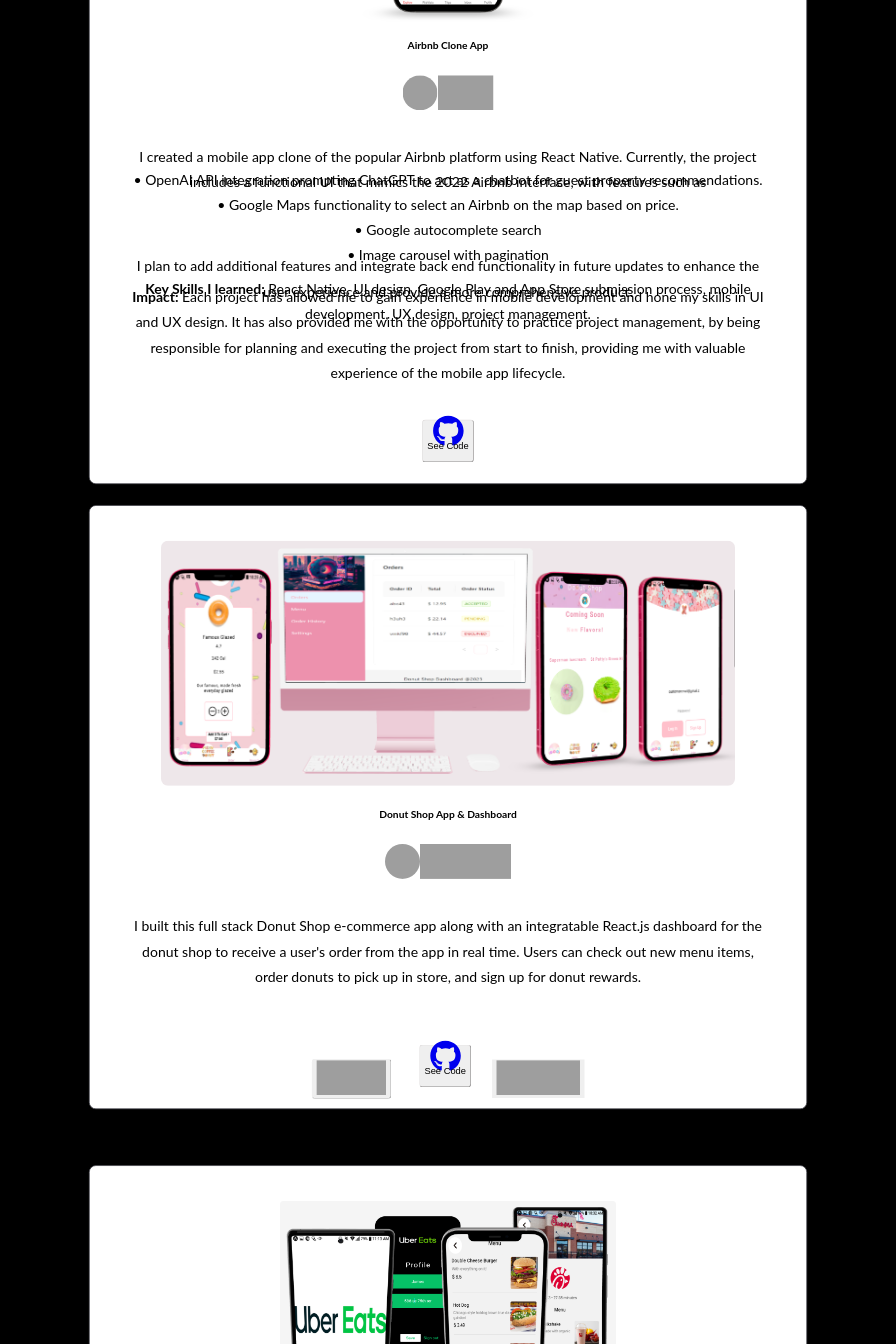
Repository: JamesPesenti/portfolio
Page: /
These files come from the project's save history. The page is drawn as it stood at one moment and after the next save; the edit follows.
The browser window is 1280 px wide. The pictures show the part of the page from y = 1871 to 3791 px (the page is 6929 px tall), at 70% of full size.
Pictures or frames that could not be fetched are drawn as grey boxes. The project was rebuilt for these pictures with package versions that can differ from the ones it lists, and the page was loaded fresh each time. Imported but missing from the stored project, and not drawn on this page: src/Components/James Pesenti Resume 2023.pdf.

Above is the page before, as saved 2023-05-29 08:23:05.

After the next save:
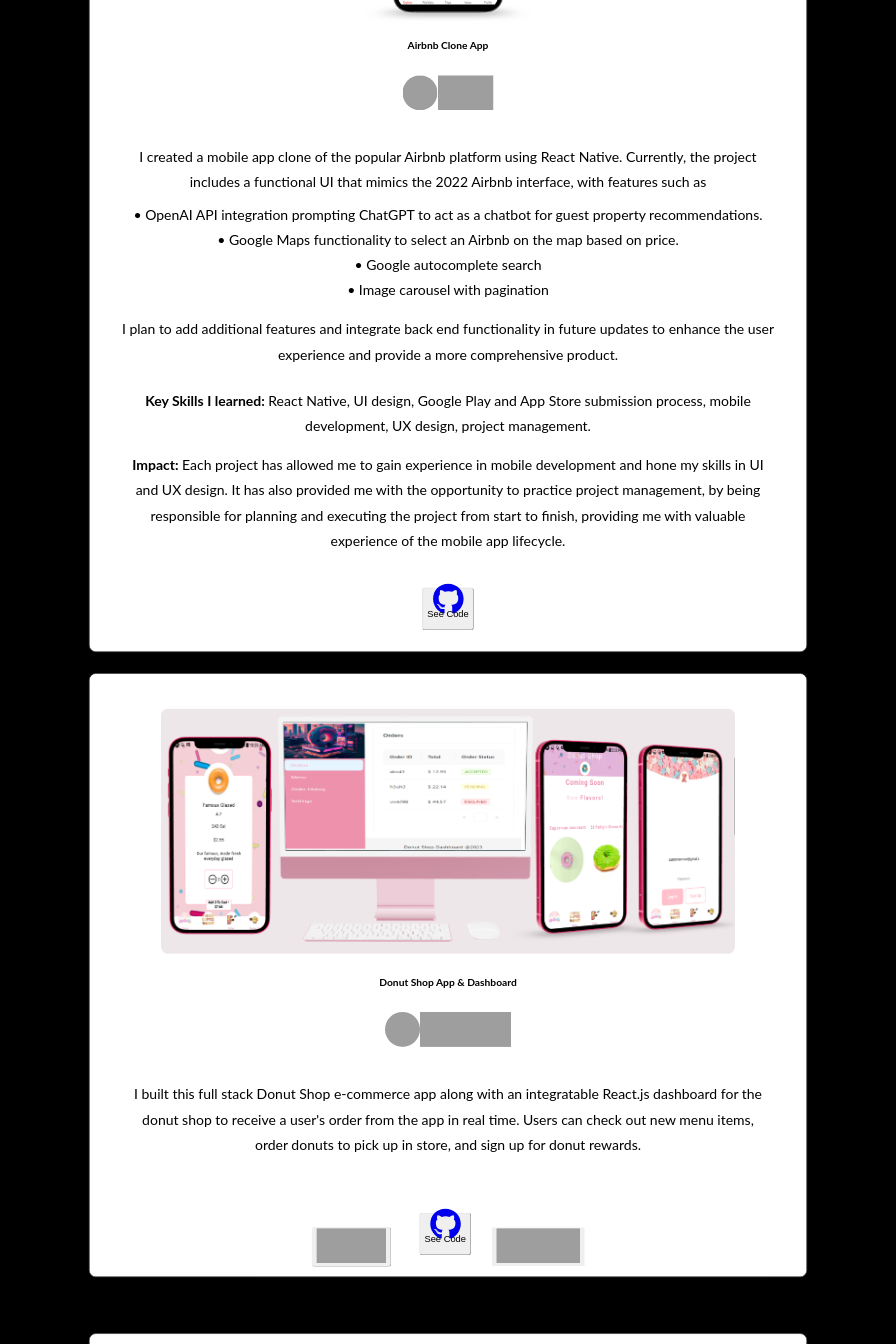
Saved 13 s later.
--- a/src/Components/MyProjects.jsx
+++ b/src/Components/MyProjects.jsx
@@ -22,15 +22,15 @@
                   <img style={{width: 80, height: 50, }} src="https://www.datocms-assets.com/45470/1631026680-logo-react-native.png"  />
                   {/* <img style={{width: 50, height: 50, }} src="https://pbs.twimg.com/profile_images/1114309924551417856/FKA4cm2x_400x400.png"  /> */}
                 </div>
-           <div style={{padding: 50}}>
-                <p style={{fontSize: 20, textAlign: 'center', marginBottom: -60}}>I created a mobile app clone of the popular Airbnb platform using React Native. Currently, the project includes a functional UI that mimics the 2022 Airbnb interface, with features such as</p>
-                <p style={{fontSize: 20, paddingHorizontal: 0, marginBottom: -20}}> &#8226; OpenAI API integration prompting ChatGPT to act as a chatbot for guest property recommendations.</p>
-                <p style={{fontSize: 20, paddingHorizontal: 0, marginBottom: -20}}> &#8226; Google Maps functionality to select an Airbnb on the map based on price.</p>
-                <p style={{fontSize: 20, padding: 0, marginBottom: -20}}>&#8226; Google autocomplete search</p>
-                <p style={{fontSize: 20,  padding: 0, marginBottom: -40}}>&#8226; Image carousel with pagination</p>
-                <p style={{fontSize: 20, textAlign: 'center', marginBottom: -60}}>I plan to add additional features and integrate back end functionality in future updates to enhance the user experience and provide a more comprehensive product.</p>
-                <p style={{fontSize: 20, textAlign: 'center', marginBottom: -80}}><b> Key Skills I learned: </b>React Native, UI design, Google Play and App Store submission process, mobile development, UX design, project management.</p>
-                <p style={{fontSize: 20, textAlign: 'center'}}><b> Impact: </b> Each project has allowed me to gain experience in mobile development and hone my skills in UI and UX design. It has also provided me with the opportunity to practice project management, by being responsible for planning and executing the project from start to finish, providing me with valuable experience of the mobile app lifecycle.</p>
+           <div>
+            <p style={{fontSize: 20, textAlign: 'center', padding: 50, marginBottom: -60}}>I created a mobile app clone of the popular Airbnb platform using React Native. Currently, the project includes a functional UI that mimics the 2022 Airbnb interface, with features such as</p>
+            <p style={{fontSize: 20, paddingHorizontal: 0, marginBottom: -20}}> &#8226; OpenAI API integration prompting ChatGPT to act as a chatbot for guest property recommendations.</p>
+            <p style={{fontSize: 20, paddingHorizontal: 0, marginBottom: -20}}> &#8226; Google Maps functionality to select an Airbnb on the map based on price.</p>
+            <p style={{fontSize: 20, padding: 0, marginBottom: -20}}>&#8226; Google autocomplete search</p>
+            <p style={{fontSize: 20,  padding: 0, marginBottom: -40}}>&#8226; Image carousel with pagination</p>
+            <p style={{fontSize: 20, textAlign: 'center', padding: 40, marginBottom: -60}}>I plan to add additional features and integrate back end functionality in future updates to enhance the user experience and provide a more comprehensive product.</p>
+            <p style={{fontSize: 20, textAlign: 'center', padding: 30, marginBottom: -80}}><b> Key Skills I learned: </b>React Native, UI design, Google Play and App Store submission process, mobile development, UX design, project management.</p>
+            <p style={{fontSize: 20, textAlign: 'center', padding: 50}}><b> Impact: </b> Each project has allowed me to gain experience in mobile development and hone my skills in UI and UX design. It has also provided me with the opportunity to practice project management, by being responsible for planning and executing the project from start to finish, providing me with valuable experience of the mobile app lifecycle.</p>
            </div>
 
             <div style={{flexDirection: "row"}}>
